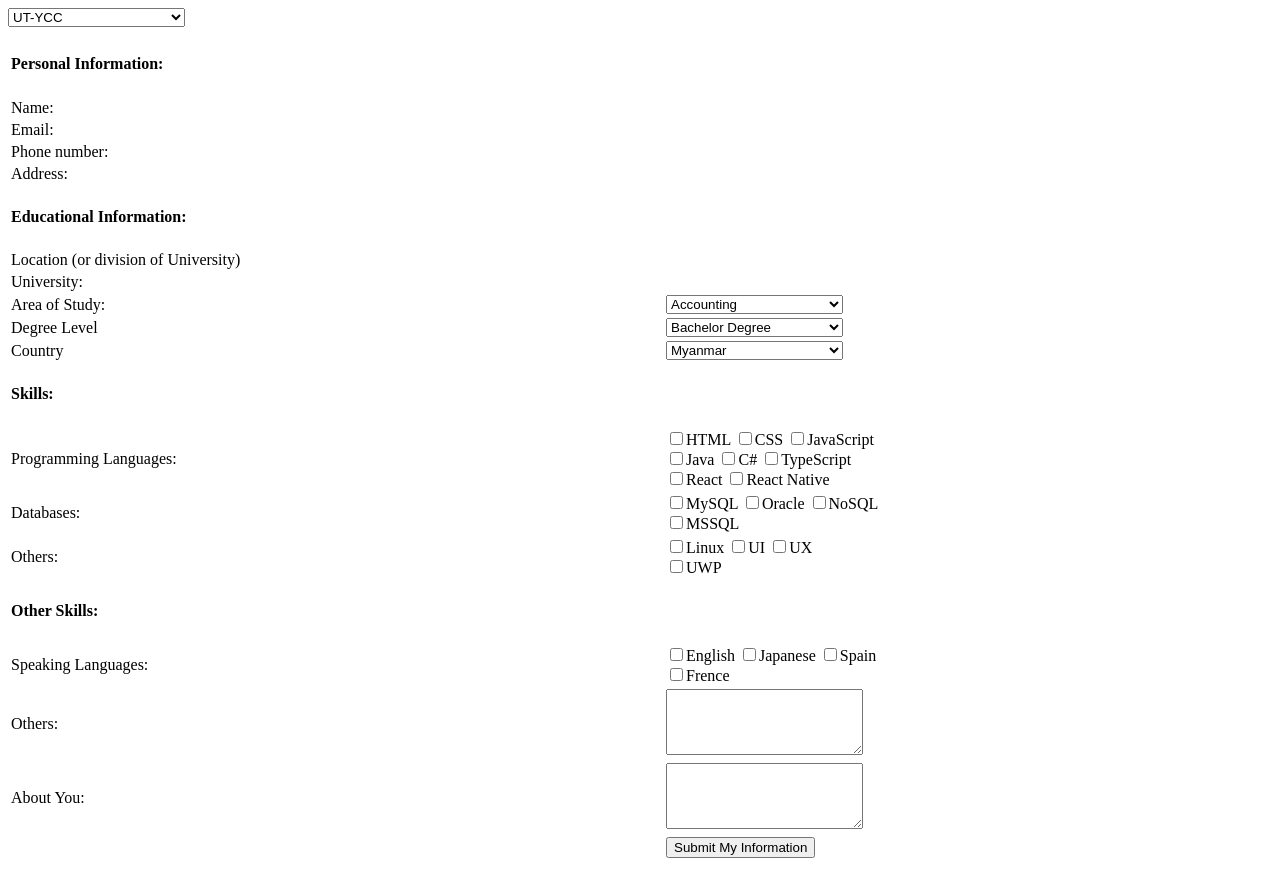
Repository: mrhpn/JavaEE--JSP-SERVLET
Page: http://localhost/JSP_JSTL/read-cv-form.jsp
The author's editor kept a copy of each file at every save. The page is drawn from the files as they stood at one save, then again after the next save.
The browser window is 1280 px wide. The pictures show the whole page.
The page is served by Tomcat 9.

Above is the page before, as saved 2021-04-01 11:07:02.

### JSP_JSTL/WebContent/read-cv-form.jsp
<%@ page language="java" contentType="text/html; charset=ISO-8859-1"
    pageEncoding="ISO-8859-1"%>
<!DOCTYPE html>
<html>
<head>
<meta charset="ISO-8859-1">
<title>Insert title here</title>
</head>
<body>
	<table style="width: 100%">
			<tr>
				<th></th>
				<th></th>
			</tr>
			<tr>
				<td>
					<h4>Personal Information:</h4>
				</td>
			</tr>
			<tr>
				<td>Name:</td>
				<td>${param.name}</td>
			</tr>
			<tr>
				<td>Email:</td>
				<td>${param.email}</td>
			</tr>
			<tr>
				<td>Phone number:</td>
				<td>${param.phone}</td>
			</tr>
			<tr>
				<td>Address:</td>
				<td>${param.address}</td>
			</tr>
			<tr>
				<td>
					<h4>Educational Information:</h4>
				</td>
			</tr>
			<tr>
				<td>Location (or division of University)</td>
				<td>${param.division}</td>
			</tr>
			<tr>
				<td>University:</td>
				<td>${param.university}</td>

				<select name="university" required="required"
					style="width: 177px">
						<option disabled="disabled">Choose University</option>
						<option value="utycc">UT-YCC</option>
						<option value="ucsy">UCSY</option>
						<option value="ucsm">UCSM</option>
				</select></td>
			</tr>
			<tr>
				<td>Area of Study:</td>
				<td><select name="areaOfStudy" required="required"
					style="width: 177px">
						<option disabled="disabled">Choose Area of Study</option>
						<option value="Accounting">Accounting</option>
						<option value="Art">Art</option>
						<option value="Information Technology">Information
							Technology</option>
				</select></td>
			</tr>
			<tr>
				<td>Degree Level</td>
				<td><select name="degreeLevel" required="required"
					style="width: 177px">
						<option disabled="disabled">Choose Degree Level</option>
						<option value="be">Bachelor Degree</option>
						<option value="me">Master Degree</option>
						<option value="phd">PHD</option>
				</select></td>
			</tr>
			<tr>
				<td>Country</td>
				<td><select name="country" required="required"
					style="width: 177px">
						<option disabled="disabled">Choose Country</option>
						<option value="Myanmar">Myanmar</option>
						<option value="UK">UK</option>
						<option value="USA">USA</option>
				</select></td>
			</tr>
			<tr>
				<td>
					<h4>Skills:</h4>
				</td>
			</tr>
			<tr>
				<td>Programming Languages:</td>
				<td><input type="checkbox" name="skillLanguages" value="HTML" />HTML
					<input type="checkbox" name="skillLanguages" value="CSS" />CSS <input
					type="checkbox" name="skillLanguages" value="JavaScript" />JavaScript
					<br> <input type="checkbox" name="skillLanguages" value="Java" />Java
					<input type="checkbox" name="skillLanguages" value="C#" />C# <input
					type="checkbox" name="skillLanguages" value="TypeScript" />TypeScript
					<br> <input type="checkbox" name="skillLanguages"
					value="React" />React <input type="checkbox" name="skillLanguages"
					value="React Native" />React Native <br></td>
			</tr>
			<tr>
				<td>Databases:</td>
				<td><input type="checkbox" name="skillDatabases" value="MySQL" />MySQL
					<input type="checkbox" name="skillDatabases" value="Oracle" />Oracle
					<input type="checkbox" name="skillDatabases" value="NoSQL" />NoSQL
					<br> <input type="checkbox" name="skillDatabases"
					value="MSSQL" />MSSQL</td>
			</tr>
			<tr>
				<td>Others:</td>
				<td><input type="checkbox" name="skillOthers" value="Linux" />Linux
					<input type="checkbox" name="skillOthers" value="UI" />UI <input
					type="checkbox" name="skillOthers" value="UX" />UX <br> <input
					type="checkbox" name="skillOthers" value="UWP" />UWP</td>
			</tr>
			<tr>
				<td>
					<h4>Other Skills:</h4>
				</td>
			</tr>
			<tr>
				<td>Speaking Languages:</td>
				<td><input type="checkbox" name="skillLanguages"
					value="English" />English <input type="checkbox"
					name="skillLanguages" value="Japanese" />Japanese <input
					type="checkbox" name="skillLanguages" value="Spain" />Spain <br>
					<input type="checkbox" name="skillLanguages" value="Java" />Frence
				</td>
			</tr>
			<tr>
				<td>Others:</td>
				<td><textarea rows="4" cols="22" name="otherSkillsText"></textarea>
				</td>
			</tr>
			<tr>
				<td>About You:</td>
				<td><textarea rows="4" cols="22" name="aboutYou"></textarea></td>
			</tr>
			<tr>
				<td></td>
				<td><input type="submit" value="Submit My Information">
			</tr>
		</table>
</body>
</html>

After the next save:
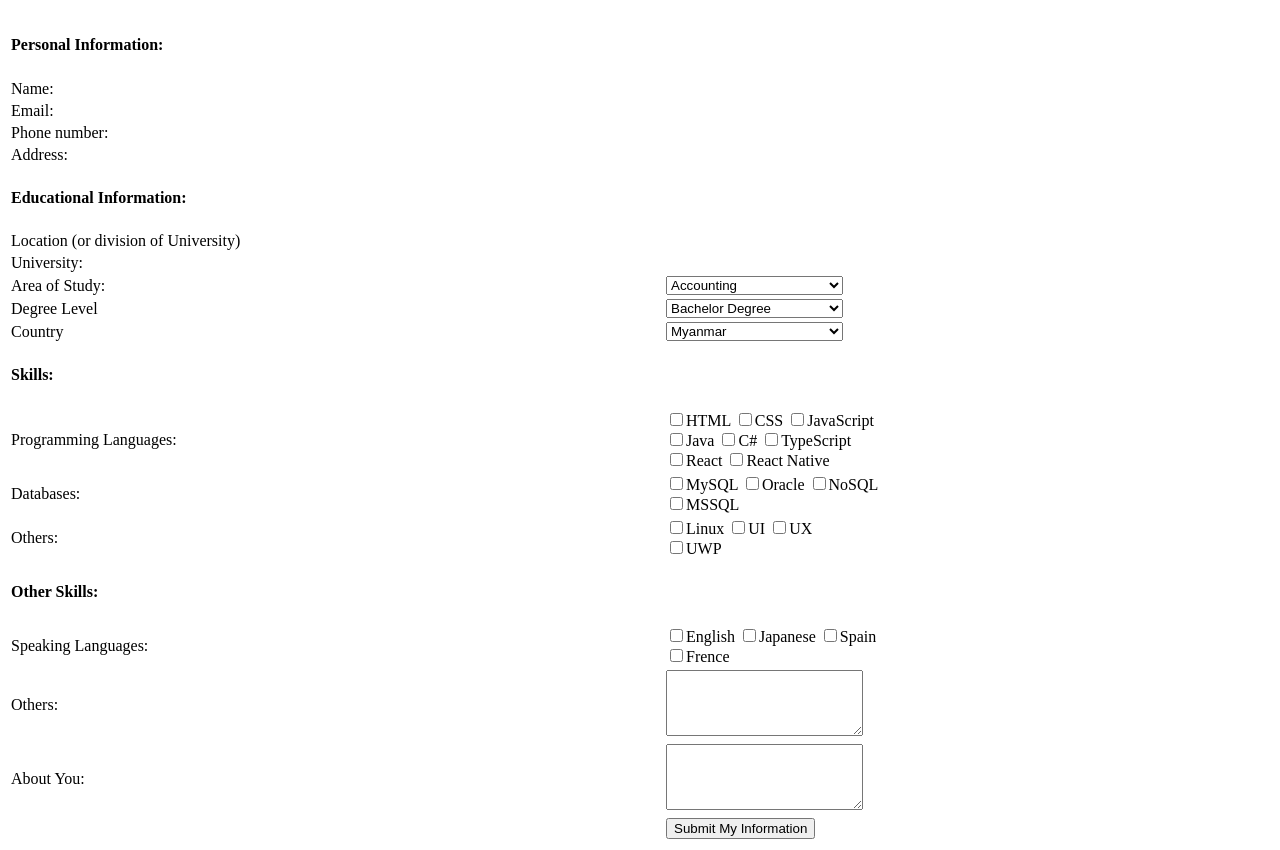
Saved 11 s later.
--- a/JSP_JSTL/WebContent/read-cv-form.jsp
+++ b/JSP_JSTL/WebContent/read-cv-form.jsp
@@ -45,14 +45,6 @@
 			<tr>
 				<td>University:</td>
 				<td>${param.university}</td>
-
-				<select name="university" required="required"
-					style="width: 177px">
-						<option disabled="disabled">Choose University</option>
-						<option value="utycc">UT-YCC</option>
-						<option value="ucsy">UCSY</option>
-						<option value="ucsm">UCSM</option>
-				</select></td>
 			</tr>
 			<tr>
 				<td>Area of Study:</td>
